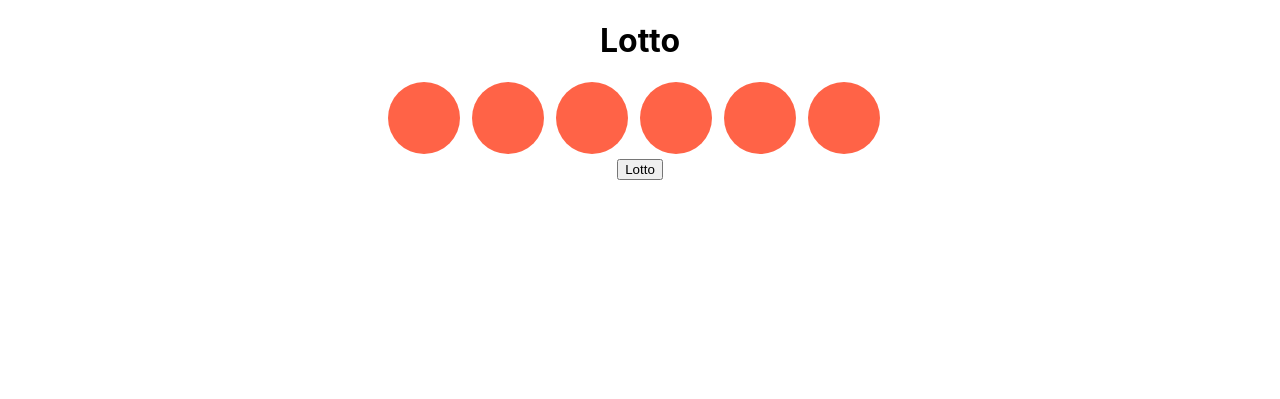
Repository: dung8466/learn-react
Page: / (app in lottery/)
An editor plug-in stored every save of this project. The page is shown before and after a run of saves, followed by the edit.
The browser window is 1280 px wide. The pictures show the whole page.
The project was rebuilt for these pictures with package versions that can differ from the ones it lists, and the page was loaded fresh each time. Also part of the build but not shown: lottery/src/Lotto.css.

Above is the page before, as saved 2022-09-18 20:59:38.

After the next 3 saves:
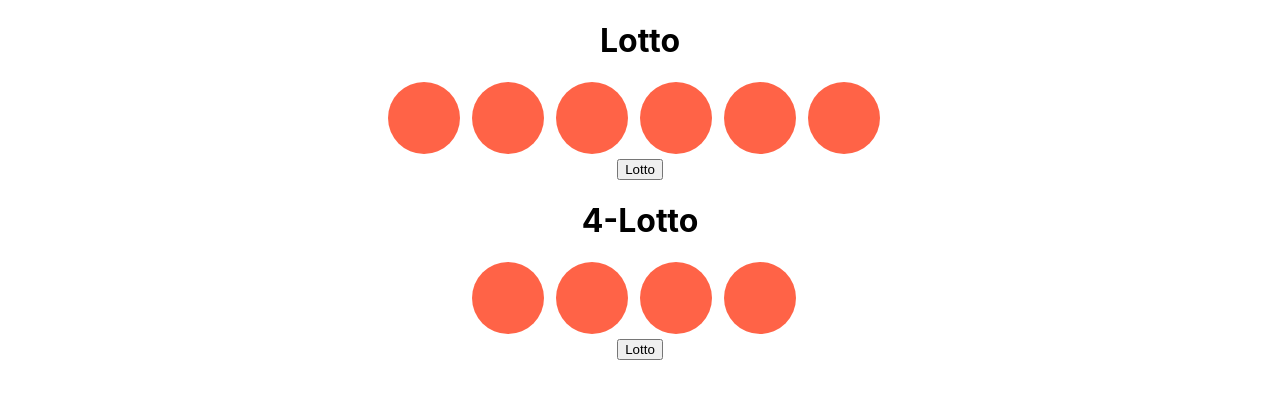
The 3 saves are shown as one change because 1 did not build or start and some came seconds apart.
The last was saved 69 s later.
--- a/lottery/src/App.js
+++ b/lottery/src/App.js
@@ -6,6 +6,7 @@ class App extends Component{
     return (
       <div className="App">
         <Lotto />
+        <Lotto title='4-Lotto' numBall={4}/>
       </div>
     );
   }
